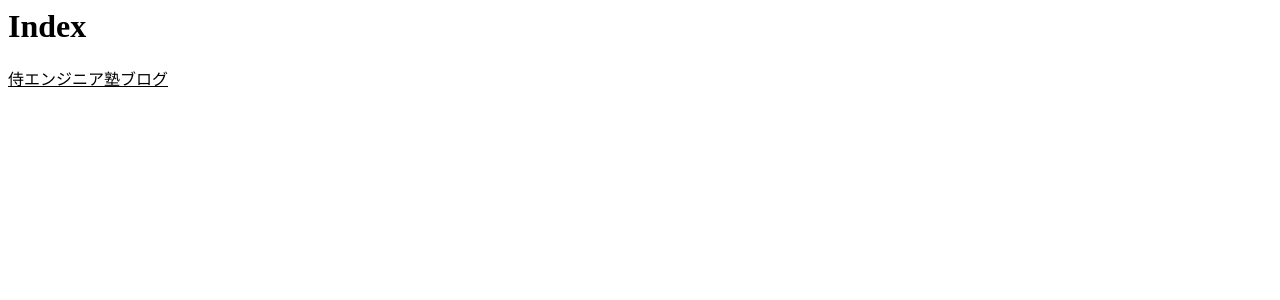
Repository: atsu03/samurai_HTML-CSS
Page: index.html
The author's editor kept a record of every edit. The page is drawn from the files as they stood at one moment, then again after the next edit.
The browser window is 1280 px wide. The pictures show the whole page.

Above is the page before.

After the next edit:
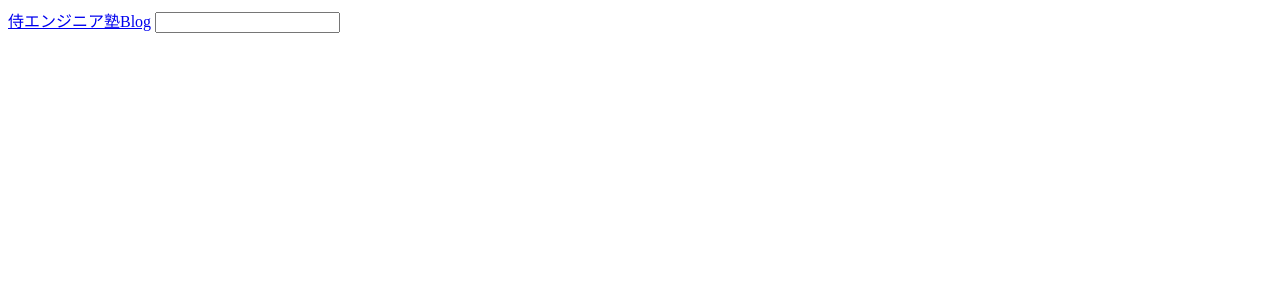
The edit:
--- a/index.html
+++ b/index.html
@@ -1,22 +1,22 @@
-
-
 <html lang="ja">
     <head>
+        <meta charset="UTF-8">
         <style>
-            a:link {
-                color: black;
+            a:hover {
+                background-color: red;
             }
 
-            a:visited {
-                color: red;
+            a:active {
+                background-color: yellow;
             }
-            a:hover {
-                background-color: red;
+
+            input:focus {
+                background-color: green;
             }
         </style>
     </head>
     <body>
-        <h1>Index</h1>
-        <a href="https://www.sejuku.net/blog/">侍エンジニア塾ブログ</a>
+        <a href="https://www.sejuku.net/blog/">侍エンジニア塾Blog</a>
+        <input type="text"/>
     </body>
 </html>
